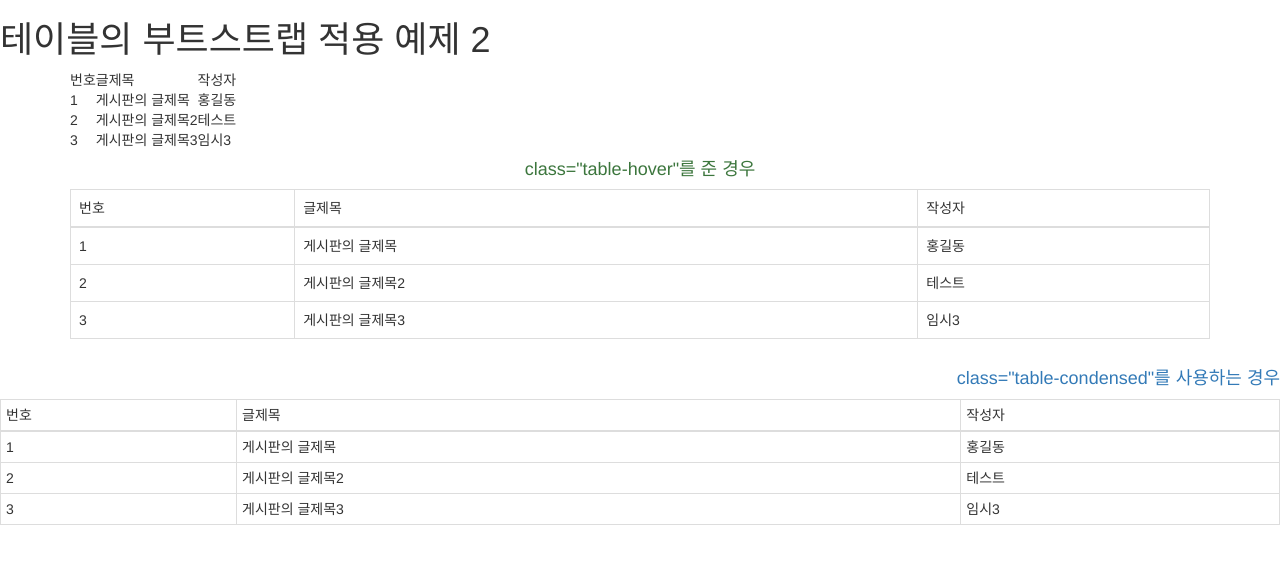
Repository: RYE415/4.jsp
Page: BootstrapTest/src/main/webapp/3.table/table2.html
These files come from the project's save history. The page is drawn as it stood at one moment and after the next save; the edit follows.
The browser window is 1280 px wide. The pictures show the whole page.
Some web libraries are served in a nearby version.

Above is the page before, as saved 2022-08-08 06:21:10.

### BootstrapTest/src/main/webapp/3.table/table2.html
<!DOCTYPE html>
<html lang="ko">
  <head>
    <meta charset="utf-8">
    <meta http-equiv="X-UA-Compatible" content="IE=edge">
    <meta name="viewport" content="width=device-width, initial-scale=1">
    <!-- 위 3개의 메타 태그는 *반드시* head 태그의 처음에 와야합니다; 어떤 다른 콘텐츠들은 반드시 이 태그들 *다음에* 와야 합니다 -->
    <title>예제</title>

    <!-- 부트스트랩 -->
    <link href="../css/bootstrap.min.css" rel="stylesheet">

    <!-- IE8 에서 HTML5 요소와 미디어 쿼리를 위한 HTML5 shim 와 Respond.js -->
    <!-- WARNING: Respond.js 는 당신이 file:// 을 통해 페이지를 볼 때는 동작하지 않습니다. -->
    <!--[if lt IE 9]>
      <script src="https://oss.maxcdn.com/html5shiv/3.7.2/html5shiv.min.js"></script>
      <script src="https://oss.maxcdn.com/respond/1.4.2/respond.min.js"></script>
    <![endif]-->
  </head>
  <body>
    <h1>테이블의 부트스트랩 적용 예제 2</h1>
    <div class="container">
    	<table>
    		<thread><!-- 타이틀 제목에 해당되는 tr을 묶어주는 역할 -->
    			<tr>
    				<td>번호</td><td>글제목</td><td>작성자</td>
    			</tr>
    		</thread>
    		<tbody><!-- 본문내용을 묶어주는 역할(tbody) -->
    			<tr>
    				<td>1</td><td>게시판의 글제목</td><td>홍길동</td>
    			</tr>
    			<tr>
    				<td>2</td><td>게시판의 글제목2</td><td>테스트</td>
    			</tr>
    			<tr>
    				<td>3</td><td>게시판의 글제목3</td><td>임시3</td>
    			</tr>
    		</tbody>
    	</table>

    		<!-- 4.class="table-hover"(각 행에 마우스를 갖다대면 색상 변경) -->
    	<h4 class="text-success text-center">
    		class="table-hover"를 준 경우
    	</h4>
    	<table class="table table-bordered table-hover">
    		<thread>
    			<tr>
    				<td>번호</td><td>글제목</td><td>작성자</td>
    			</tr>
    		</thread>
    		<tbody>
    			<tr>
    				<td>1</td><td>게시판의 글제목</td><td>홍길동</td>
    			</tr>
    			<tr>
    				<td>2</td><td>게시판의 글제목2</td><td>테스트</td>
    			</tr>
    			<tr>
    				<td>3</td><td>게시판의 글제목3</td><td>임시3</td>
    			</tr>
    		</tbody>
    	</table>
    </div>

    	<!-- 5.table-condensed (각각의 셀의 padding값이 작아져서
    						   (셀과 셀 안의 문자열 간격)
    						    타이트한 느낌을 적용 padding:5px; -->

    	<!-- 6. 각 행 또는 각 셀마다 색상을 부여(행에 부여하는 클래스 선택자)
    		active(회색),success(연두색),warning(겨자색)
    	 -->



    	<h4 class="text-primary text-right">
    		class="table-condensed"를 사용하는 경우
    	</h4>
    	<table class="table table-bordered table-condensed">
    		<thread>
    			<tr>
    				<td>번호</td><td>글제목</td><td>작성자</td>
    			</tr>
    		</thread>
    		<tbody>
    			<tr>
    				<td>1</td><td>게시판의 글제목</td><td>홍길동</td>
    			</tr>
    			<tr>
    				<td>2</td><td>게시판의 글제목2</td><td>테스트</td>
    			</tr>
    			<tr>
    				<td>3</td><td>게시판의 글제목3</td><td>임시3</td>
    			</tr>
    		</tbody>
    	</table>





    <!-- jQuery (부트스트랩의 자바스크립트 플러그인을 위해 필요합니다) -->
    <script src="https://ajax.googleapis.com/ajax/libs/jquery/1.11.2/jquery.min.js"></script>
    <!-- 모든 컴파일된 플러그인을 포함합니다 (아래), 원하지 않는다면 필요한 각각의 파일을 포함하세요 -->
    <script src="../js/bootstrap.min.js"></script>
  </body>
</html>

Loaded but not shown: BootstrapTest/src/main/webapp/css/bootstrap.min.css (library); BootstrapTest/src/main/webapp/js/bootstrap.min.js (library)

After the next save:
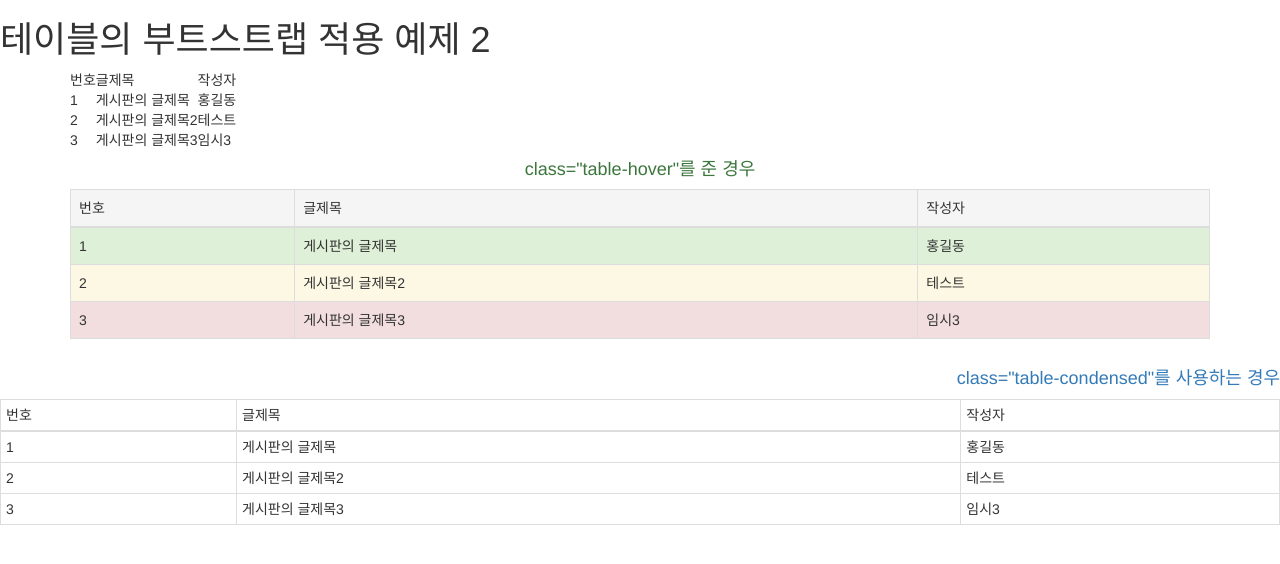
Saved 2 min 25 s later.
--- a/BootstrapTest/src/main/webapp/3.table/table2.html
+++ b/BootstrapTest/src/main/webapp/3.table/table2.html
@@ -45,18 +45,18 @@
     	</h4>
     	<table class="table table-bordered table-hover">
     		<thread>
-    			<tr>
+    			<tr class="active">
     				<td>번호</td><td>글제목</td><td>작성자</td>
     			</tr>
     		</thread>
     		<tbody>
-    			<tr>
+    			<tr class="success">
     				<td>1</td><td>게시판의 글제목</td><td>홍길동</td>
     			</tr>
-    			<tr>
+    			<tr class="warning">
     				<td>2</td><td>게시판의 글제목2</td><td>테스트</td>
     			</tr>
-    			<tr>
+    			<tr class="danger">
     				<td>3</td><td>게시판의 글제목3</td><td>임시3</td>
     			</tr>
     		</tbody>
@@ -68,7 +68,7 @@
     						    타이트한 느낌을 적용 padding:5px; -->
 
     	<!-- 6. 각 행 또는 각 셀마다 색상을 부여(행에 부여하는 클래스 선택자)
-    		active(회색),success(연두색),warning(겨자색)
+    		active(회색),success(연두색),warning(겨자색) danger(빨간색)
     	 -->
 
 
